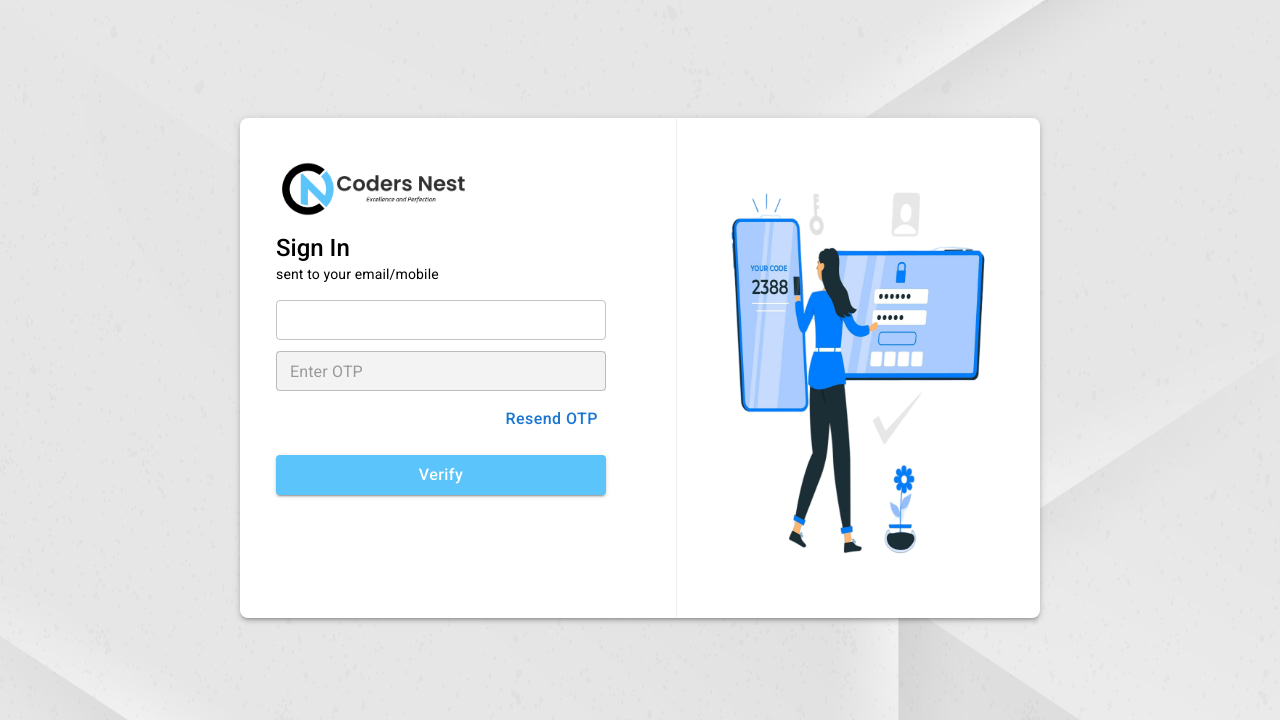
Repository: wajahadalishaik04/CN_Books
Page: /otpscreen
An editor plug-in stored every save of this project. The page is shown before and after the next save, followed by the edit.
The browser window is 1280 px wide. The pictures show the whole page.
The project was rebuilt for these pictures with package versions that can differ from the ones it lists, and the page was loaded fresh each time. Also part of the build but not shown: vite.config.js, src/pages/LoginScreen.jsx, src/pages/Signin.jsx, src/pages/SignUp.jsx, src/pages/VerifyScreen.jsx, src/components/Header.jsx, src/components/SideBar.jsx, src/components/Content.jsx and 7 more.

Above is the page before, as saved 2024-09-30 17:37:46.

### index.html
<!DOCTYPE html>
<html lang="en">
  <head>
    <meta charset="UTF-8" />
    <link rel="preconnect" href="https://fonts.googleapis.com" />
    <link rel="preconnect" href="https://fonts.gstatic.com" crossorigin />
    <link
      rel="stylesheet"
      href="https://fonts.googleapis.com/css2?family=Roboto:wght@300;400;500;700&display=swap"
    />

    <meta name="viewport" content="width=device-width, initial-scale=1.0" />
    <title>CN_BOOKS</title>
  </head>
  <body>

    <div id="root"></div>
    <script type="module" src="/src/main.jsx"></script>
  </body>
</html>

### src/main.jsx
import { createRoot } from 'react-dom/client'
import App from './App.jsx'
import { Provider } from 'react-redux'
import store from './store/store.js'
import './styles/index.css'
createRoot(document.getElementById('root')).render(
 <Provider store={store}>
   <App />
 </Provider>
)

### src/App.jsx
import React from "react";
import LoginScreen from "./pages/LoginScreen";
import { BrowserRouter, Routes, Route, Navigate } from "react-router-dom";
import Signin from "./pages/Signin";
import { useSelector } from "react-redux";
import OtpScreen from "./pages/OtpScreen";
import SignUp from "./pages/SignUp";
import VerifyScreen from "./pages/VerifyScreen";
import DashboardScreen from "./pages/DashboardScreen";
import SideBar from "./components/SideBar";
import Header from "./components/Header";
import Customer from "./pages/Customer";
import WrapComponent from "./pages/WrapComponent";
import Category from "./pages/Category";
import NewCustomer from "./pages/customerscreens/NewCustomer";

const App = () => {
  const { user } = useSelector((e) => e.userReducer);
  return (
    <>
      <BrowserRouter>
        <Routes>
          <Route element={<WrapComponent />}>
            <Route path="/dashboardscreen" element={<DashboardScreen />} />
            <Route path="/customer" element={<Customer />} />
            <Route path="/category" element={<Category />} />
            <Route path="/newcustomer" element={<NewCustomer />} />

          </Route>
          <Route
            path="/"
            element={<Navigate to={user ? "/signin" : "/LoginScreen"} />}
          />
          <Route
            path="/signin"
            element={user ? <Navigate to={"/dashboardscreen"} /> : <Signin />}
          />
          <Route path="/loginscreen" element={<LoginScreen />} />
          <Route path="/otpscreen" element={<OtpScreen />} />
          <Route path="/signup" element={<SignUp />} />
          <Route path="/verifyscreen" element={<VerifyScreen />} />
        </Routes>
      </BrowserRouter>
    </>
  );
};

export default App;

### src/store/store.js
import { configureStore } from "@reduxjs/toolkit";
import { userReducer } from "./reducer";

const store = configureStore({
    reducer:{userReducer}
})
export default store;

### src/styles/index.css
*
{
    margin: 0;
    padding: 0;
    border: none;

}
.img
{
    background-color: red;
    background-clip: content-box;
    -webkit-background-clip: content-box;
    visibility: hidden;
}

### src/pages/OtpScreen.jsx
import React, { useState, useEffect } from "react";
import {
  Box,
  Button,
  TextField,
  Typography,
  Snackbar,
  Alert,
  styled,
} from "@mui/material";
import { images } from "../utils/ImgUtils";
import { useLocation, useNavigate } from "react-router-dom";

const OtpScreen = () => {
  const [otp, setOtp] = useState(""); // Store entered OTP
  const [sentOtp, setSentOtp] = useState(""); // Store generated OTP
  const [error, setError] = useState(""); // Store error messages
  const [resendDisabled, setResendDisabled] = useState(false); // Timer control for Resend OTP button
  const [snackbarOpen, setSnackbarOpen] = useState(false); // Snackbar control
  const [snackbarMessage, setSnackbarMessage] = useState(""); // Snackbar message
  const [timer, setTimer] = useState(0); // Timer state for Resend button

  const navigate = useNavigate();
  const location = useLocation();
  const { emailMobile } = location.state || {};

  // Styled Resend Button
  const ResendOtp = styled(Button)({
    textTransform: "none",
    fontSize: "1rem",
  });

  // Function to generate OTP
  const generateOtp = () => {
    const randomOtp = Math.floor(100000 + Math.random() * 900000).toString(); // Generate a 6-digit OTP
    setSentOtp(randomOtp); // Store the OTP
    return randomOtp;
  };

  // Function to show snackbar
  const handleSnackbarOpen = (message) => {
    setSnackbarMessage(message);
    setSnackbarOpen(true);
  };

  const handleSnackbarClose = () => {
    setSnackbarOpen(false);
  };

  // Function to send OTP (called on "Sent" button click)
  const sendOtp = () => {
    const otp = generateOtp(); // Generate OTP locally
    handleSnackbarOpen(`OTP: ${otp}`); // Show OTP in snackbar
  };

  // Resend OTP with 30-second timer
  const handleResendOtp = () => {
    sendOtp(); // Generate and display the OTP
    setResendDisabled(true);
    setTimer(30); // Set the countdown timer to 30 seconds
  };

  // Timer countdown for the Resend button
  useEffect(() => {
    if (timer > 0) {
      const countdown = setInterval(() => {
        setTimer((prev) => prev - 1);
      }, 1000);

      return () => clearInterval(countdown);
    } else {
      setResendDisabled(false); // Enable the Resend button after timer ends
    }
  }, [timer]);

  // Handle OTP submission and verification
  const handleSubmit = () => {
    if (!otp) {
      setError("OTP is required."); // Show error if no OTP is entered
    } else if (otp !== sentOtp) {
      setError("Invalid OTP. Please try again.");
    } else {
      setError(""); // Clear error on successful OTP
      navigate("/dashboardscreen"); // Navigate to the next screen
    }
  };

  return (
    <Box
      display="flex"
      justifyContent="center"
      alignItems="center"
      width="100%"
      height="100vh"
      sx={{ backgroundImage: "url(/images/BackgroundImg.jpeg)" }}
    >
      <Box
        display="flex"
        bgcolor="#fff"
        boxShadow={3}
        marginTop={2}
        borderRadius="8px"
        overflow="hidden"
        width="800px"
        height="500px"
      >
        {/* Left Side - OTP Form */}
        <Box flex={1} p={4.5} mt={1} component={"form"}>
          <Box flex={1} sx={{ width: "330px" }}>
            <Box display="flex" justifyContent="space-between" alignItems="center">
              <img src={images.codersnestLogo} alt="Logo" style={{ width: 200 }} />
            </Box>
            <Typography variant="h5" fontWeight={500} mt={2}>
              Sign In
            </Typography>
            <Typography variant="body2" color="default" mb={2}>
              sent to your email/mobile
            </Typography>

            <TextField
              sx={{ marginBottom: 1.4 }}
              size="small"
              fullWidth
              defaultValue={emailMobile}
              InputProps={{ readOnly: true }} // Read-only input for email/mobile
            />

            <TextField
              size="small"
              type="text"
              placeholder="Enter OTP"
              fullWidth
              value={otp}
              onChange={(e) => setOtp(e.target.value)}
              sx={{
                fontWeight: "500",
                backgroundColor: "#F3F3F3",
                "&:hover": {
                  backgroundColor: "#FFF",
                },
                "& .MuiOutlinedInput-root": {
                  "&.Mui-focused": {
                    backgroundColor: "#EBF9FF",
                    borderColor: "#5BC4FA",
                  },
                },
              }}
              error={!!error} // Show error if there is any
              helperText={error}
            />

            {/* Resend OTP button with timer */}
            <Box sx={{ display: "flex", justifyContent: "flex-end", mt: 1 }}>
              <ResendOtp onClick={handleResendOtp} disabled={resendDisabled}>
                Resend OTP {resendDisabled && `(${timer}s)`}
              </ResendOtp>
            </Box>

            {/* Verify Button */}
            <Button
              onClick={handleSubmit}
              variant="contained"
              fullWidth
              sx={{
                backgroundColor: "#5BC4FA",
                mt: 2,
                textTransform: "none",
                fontSize: "1rem",
              }}
            >
              Verify
            </Button>

            {/* Snackbar for OTP display */}
            <Snackbar
              open={snackbarOpen}
              autoHideDuration={3000}
              onClose={handleSnackbarClose}
              anchorOrigin={{ vertical: "top", horizontal: "center" }}
            >
              <Alert onClose={handleSnackbarClose} severity="info" sx={{ width: "100%" }}>
                {snackbarMessage}
              </Alert>
            </Snackbar>
          </Box>
        </Box>
        <Box sx={{ borderRight: "1.5px solid #EFEFEF" }}></Box>

        {/* Right Side - Illustration Image */}
        <Box
          flex={1}
          display="flex"
          justifyContent="center"
          alignItems="center"
          sx={{ display: { xs: "none", sm: "flex" } }}
        >
          <img src={images.otpImg} alt="Illustration" width="100%" height="100%" objectFit />
        </Box>
      </Box>
    </Box>
  );
};

export default OtpScreen;

### src/store/reducer.js
import { createReducer } from "@reduxjs/toolkit";

export const userReducer = createReducer({user:null},(builder)=>
{
    builder.addCase("loginUser",(state,action)=>
    {
        state.user = action.payload
    })
})

### src/utils/ImgUtils.js
export const images ={
    backgroundImg:"./images/BackgroundImg.jpeg",
    codersnest:"./images/codersnest.png",
    codersnestLogo:"./images/codersnest1.png",
    loginImg:"./images/login_illustration.png",
    otpImg:"./images/otpImg.png",
    signupImg:"./images/signup.png",
    googleicon:"./images/google-color-icon.png",
    facebookicon:"./images/facebook-round-color-icon.png",
    linkedinicon:"./images/linkedin-app-icon.png",
    xicon:"./images/x-social-media-round-icon.png",
    officemanImg:"./images/officeman.png",
    appleicon:"./images/apple.png",
    windowsicon:"./images/windows.png",
    Arrowdownicon:"./images/Arrowdown.png",
    Customericon:"./images/Customer.png",
    Addressicon:"./images/Address.png",
    Passwordicon:"./images/Password.png",
    Accounticon:"./images/Account.png",
    Logouticon:"./images/Logout.png",
    dashboardwhiteicon:"./images/DashboardWhiteIcon.png",
    dashboardicon:"./images/DashboardIcon.png",
    groupcustomericon:"./images/GroupCustomerIcon.png",
    groupcustomerwhiteicon:"./images/GroupCustomerWhiteIcon.png",
    categoryicon:"./images/categoryicon.png",
    categorywhiteicon:"./images/CategoryWhiteIcon.png",
    editicon:"./images/EditIcon.png",
    binicon:"./images/EditIcon.png",
    editicon:"./images/BinIcon.png",
    hiddenicon:"./images/HiddenIcon.png",
    verticaldoticon:"./images/VerticalDots.png",
    dollararrowicon:"./images/dollarArrow.png",
    doticon:"./images/dotIcon.png"
}

After the next save:
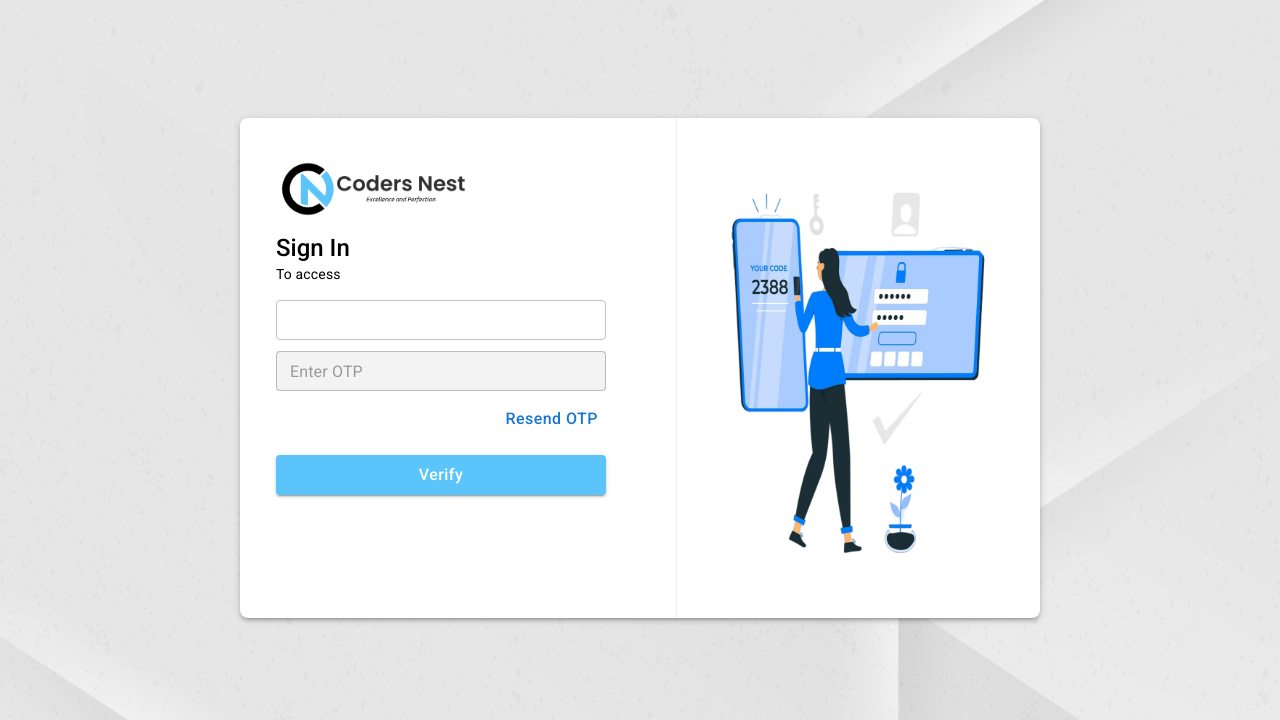
Saved 12 s later.
--- a/src/pages/OtpScreen.jsx
+++ b/src/pages/OtpScreen.jsx
@@ -114,7 +114,7 @@ const OtpScreen = () => {
               Sign In
             </Typography>
             <Typography variant="body2" color="default" mb={2}>
-              sent to your email/mobile
+              To access
             </Typography>
 
             <TextField
